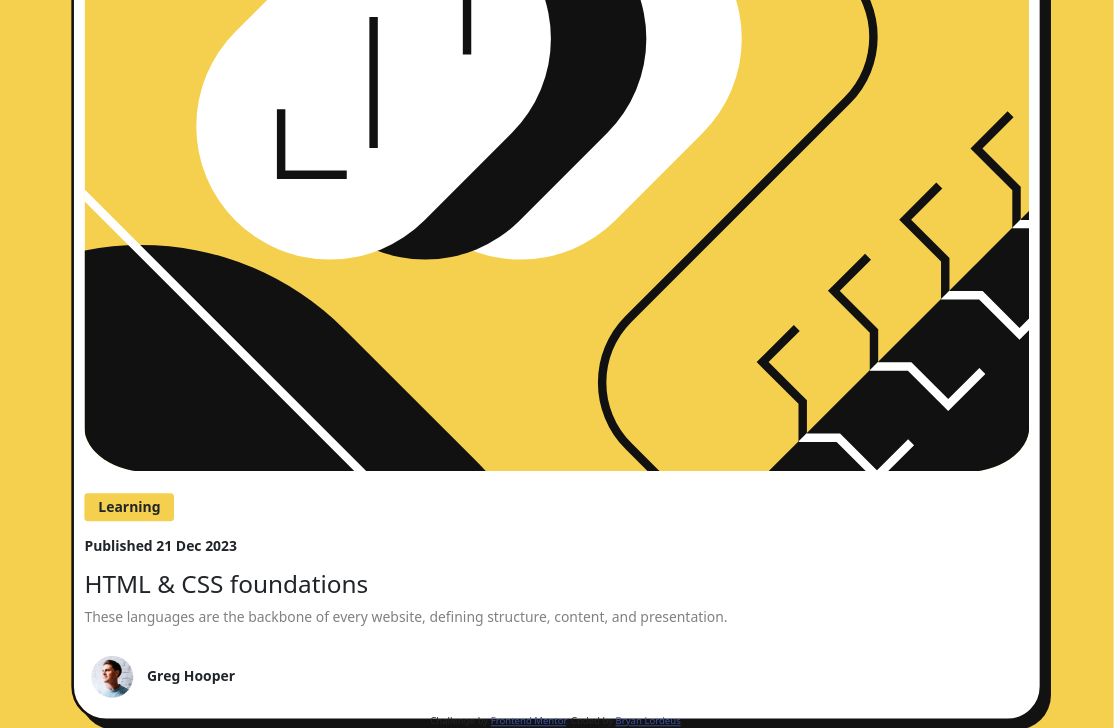
Repository: blordeus/blog-preview-card
Page: index.html
These files come from the project's save history. The page is drawn as it stood at one moment and after a run of saves; the edit follows.
The browser window is 1280 px wide. The pictures show the whole page, at 87% of full size.
The style sheet was rebuilt from its Sass, Less or Tailwind sources for each picture, by a compiler version that may differ from the author's.

Above is the page before, as saved 2024-02-10 11:53:01.

After the next 3 saves:
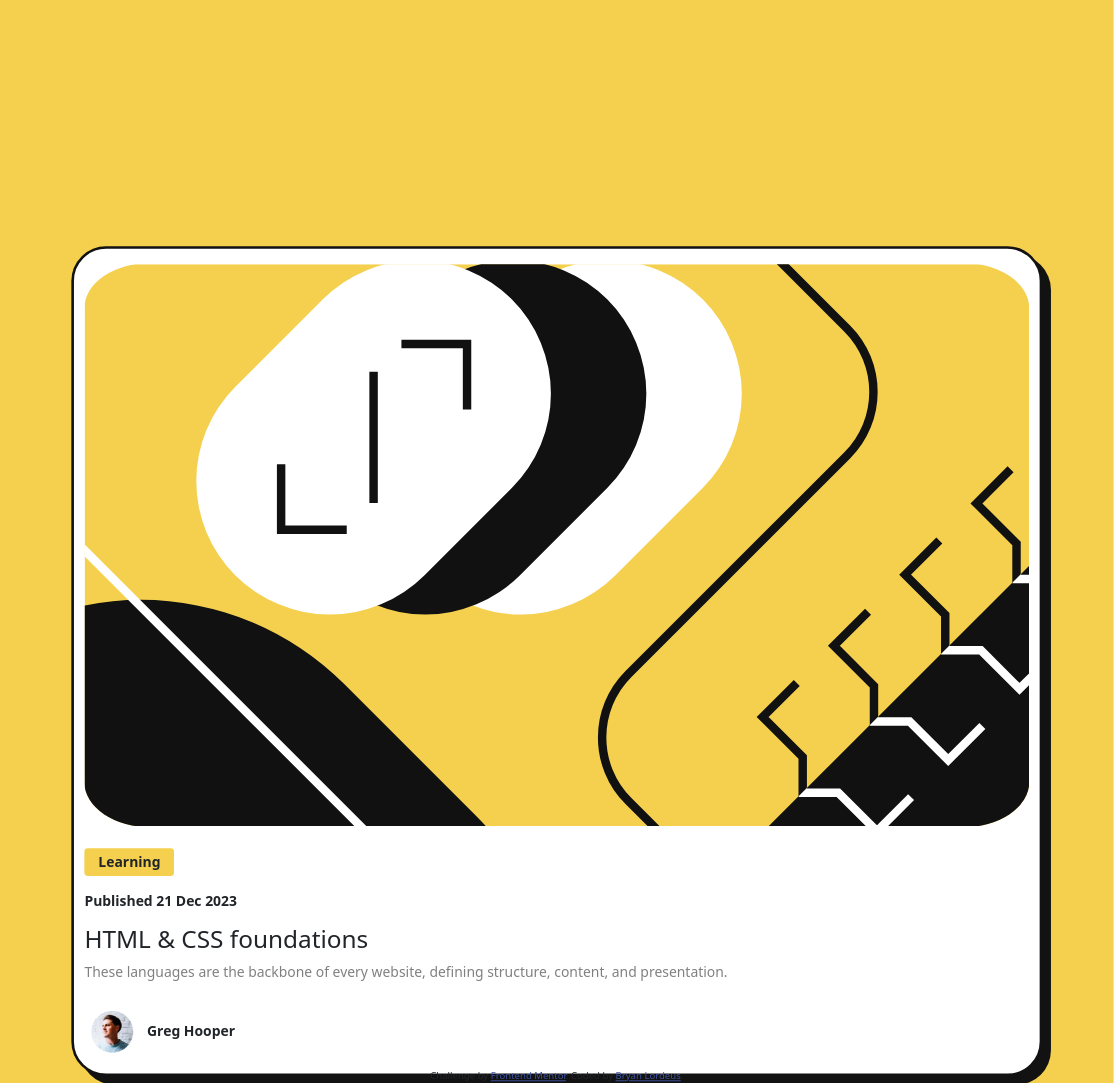
The 3 saves are shown as one change because they came seconds apart.
The last was saved 10 s later.
--- a/style.scss
+++ b/style.scss
@@ -97,7 +97,7 @@ p {
     //adjust body size to a rectangle that is 768px wide
     body {
         height: 100vh;
-        display: flex;
+        padding-top: 60%;
     }
 
     main {
